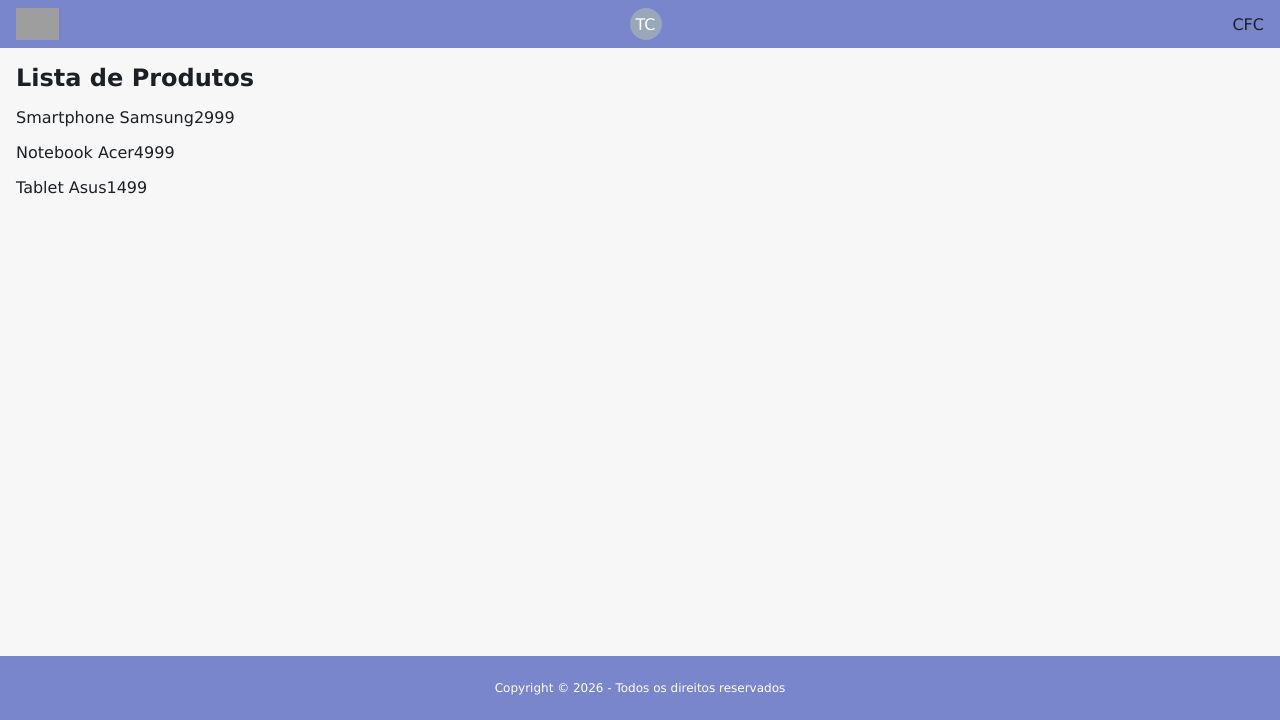
Repository: cristianfabiano/aulas-aplicativo-pwa
Page: /lista-produtos
The author's editor kept a copy of each file at every save. The page is drawn from the files as they stood at one save, then again after the next save.
The browser window is 1280 px wide. The pictures show the whole page.
Pictures or frames that could not be fetched are drawn as grey boxes. The project was rebuilt for these pictures with package versions that can differ from the ones it lists, and the page was loaded fresh each time. Also part of the build but not shown: vite.config.js, src/componentes/BotaoCustomizado/BotaoCustomizado.css, src/componentes/BotaoCustomizado/BotaoCustomizado.jsx, src/paginas/PaginaInicial/PaginaInicial.jsx.

Above is the page before, as saved 2026-03-18 21:38:19.

### index.html
<!doctype html>
<html lang="en">
  <head>
    <meta charset="UTF-8" />
    <link rel="icon" type="image/svg+xml" href="/vite.svg" />
    <meta name="viewport" content="width=device-width, initial-scale=1.0" />
    <title>aulas-aplicativo-pwa</title>
  </head>
  <body>
    <div id="root"></div>
    <script type="module" src="/src/main.jsx"></script>
  </body>
</html>

### src/index.css
* {
  margin: 0;
  padding: 0;
  box-sizing: border-box;
}

html,
body {
  height: 100%;
  background-color: var(--cor-fundo-padrao);
  font-family: Verdana, Geneva, Tahoma, sans-serif;
  color: var(--cor-texto-padrao)
}

#root {
  height: 100%;
  display: grid;
  grid-template-rows: 48px 1fr 64px;
}

:root {
 --cor-primaria-clara: #7986cb;
 --cor-primaria: #3f50b5;
 --cor-primaria-escura: #303f9f;

 --cor-secundaria-clara: #ffab40;
 --cor-secundaria: #ff9100;
 --cor-secundaria-escura: #ff6d00;

 --cor-fundo-padrao: #f7f7f7;

 --cor-texto-padrao: #1c2025;
 --cor-texto-claro: #fff;

 --cor-info: #0288d1;
 --cor-sucesso: #1aa251;
 --cor-aviso: #dea500;
 --cor-erro: #eb0014;

 --cor-cinza: #99a7bb;
}

### src/App.jsx
// import de biblioteca externa, instaladas via npm
import { createBrowserRouter, RouterProvider } from 'react-router-dom';

import "./App.css";
// import de componentes
import Cabecalho from "./componentes/Cabecalho/Cabecalho";
import Rodape from "./componentes/Rodape/Rodape";
import PaginaInicial from "./paginas/PaginaInicial/PaginaInicial";
import ListaProdutos from './paginas/ListaProdutos/ListaProduto';

const roteador = createBrowserRouter([
 {
   path:"" ,
   element: <PaginaInicial/>,
 },
 {
        path: 'lista-produtos',
        element: <ListaProdutos />,
 },
 {
    path:"*" ,
   element: <h3>Página não encontrada !!!</h3>
 }
]);


function App() {
  return (
    <>
      <Cabecalho />
      <RouterProvider router={roteador} />
      <Rodape />
    </>
  );
}

export default App;

### src/componentes/Cabecalho/Cabecalho.jsx
import Avatar from "../Avatar/Avatar";
import "./Cabecalho.css";

function Cabecalho() {
  return (
    <header className="cabecalho__root">
      <img src="/logo.png" height="32" alt="Logo" />
      <div className="cabecalho__avatar">TC</div>
      <Avatar nome="Cristian Fabiano Campigotto"/>
    </header>
  );
}

export default Cabecalho;

### src/componentes/Rodape/Rodape.jsx
import "./Rodape.css";

function Rodape() {
  const anoAtual = new Date().getFullYear();

  return (
    <footer className="rodape__root">
      Copyright © {anoAtual} - Todos os direitos reservados
    </footer>
  );
}

export default Rodape;

### src/paginas/ListaProdutos/ListaProduto.jsx
import "./ListaProdutos.css";
import Principal from "../../componentes/Principal/Principal";

function ListaProdutos() {
    const produtos = [
        {
            nome: 'Smartphone Samsung',
            preco: 2999,
            cores: ['#29d8d5', '#252a34', '#fc3766'],
        },
        {
            nome: 'Notebook Acer',
            preco: 4999,
            cores: ['#ffd045', '#d4394b', '#f37c59'],
        },
        {
            nome: 'Tablet Asus',
            preco: 1499,
            cores: ['#365069', '#47c1c8', '#f95786'],
        },
    ];

    return (
        <Principal>
            <h2>Lista de Produtos</h2>

            {produtos.map((itemProduto,index) => {
                return (
                <div key={index} className="">
                    <span>{itemProduto.nome}</span>
                    <span>{itemProduto.preco}</span>
                 </div>
                );
            })}
        </Principal>
    );
}

export default ListaProdutos;

### src/componentes/Avatar/Avatar.jsx
import "./Avatar.css";

const Avatar = ({ nome }) => {
    const primeiraLetra = nome.split(" ").map(item => item[0]).join("").toUpperCase();
    return <div className="avatar_root">{primeiraLetra}</div>;
};

export default Avatar;

### src/componentes/Cabecalho/Cabecalho.css
.cabecalho__root {
  background-color: var(--cor-primaria-clara);
  display: flex;
  justify-content: space-between;
  align-items: center;
  padding: 0 16px;
}

.cabecalho__avatar {
  background-color: var(--cor-cinza);
  width: 32px;
  height: 32px;
  border-radius: 50%;
  display: grid;
  place-content: center;
  color: var(--cor-texto-claro);
}

### src/componentes/Rodape/Rodape.css
.rodape__root {
  background-color: var(--cor-primaria-clara);
  font-size: 12px;
  display: flex;
  justify-content: center;
  align-items: center;
  color: var(--cor-texto-claro)
}

### src/componentes/Principal/Principal.jsx
import "./Principal.css";

function Principal({ children }) {
  return <main className="principal__root">{children}</main>;
}

export default Principal;

### src/componentes/Avatar/Avatar.css
.cabecalho__avatar {
  background-color: var(--cor-cinza);
  width: 32px;
  height: 32px;
  border-radius: 50%;
  display: grid;
  place-content: center;
  color: var(--cor-texto-claro);
}

### src/componentes/Principal/Principal.css
.principal__root{
    padding: 16px;
    display: flex;
    flex-direction: column;
    gap: 16px;
}

### src/paginas/ListaProdutos/ListaProdutos.css
.lista-produtos__item{
    background-color: #fff;
    padding: 16px;
    display: flex;
    flex-direction: column;
    gap: 8px;
}

Loaded but not shown: src/main.jsx (common file); src/App.css (no stored copy; drawn as an empty file); src/paginas/PaginaInicial/PaginaInicial.css (no stored copy; drawn as an empty file)

After the next save:
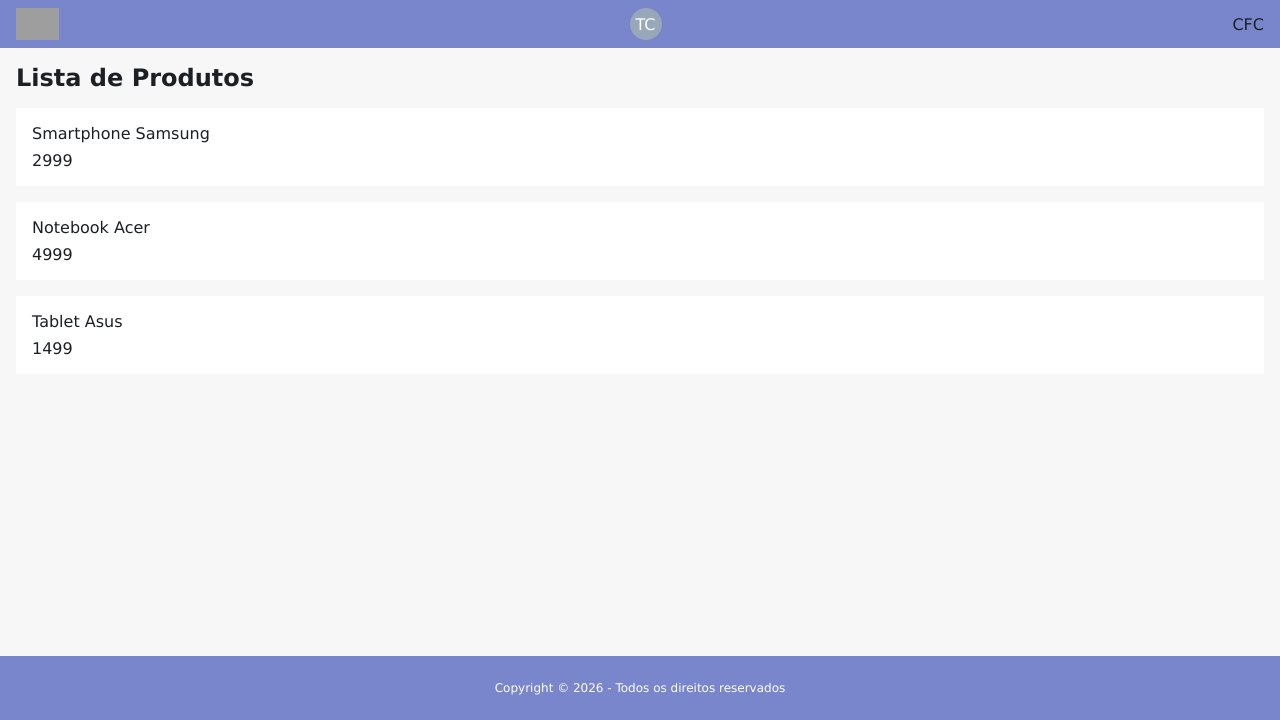
Saved 8 s later.
--- a/src/paginas/ListaProdutos/ListaProduto.jsx
+++ b/src/paginas/ListaProdutos/ListaProduto.jsx
@@ -26,7 +26,7 @@ function ListaProdutos() {
 
             {produtos.map((itemProduto,index) => {
                 return (
-                <div key={index} className="">
+                <div key={index} className="lista-produtos__item">
                     <span>{itemProduto.nome}</span>
                     <span>{itemProduto.preco}</span>
                  </div>
